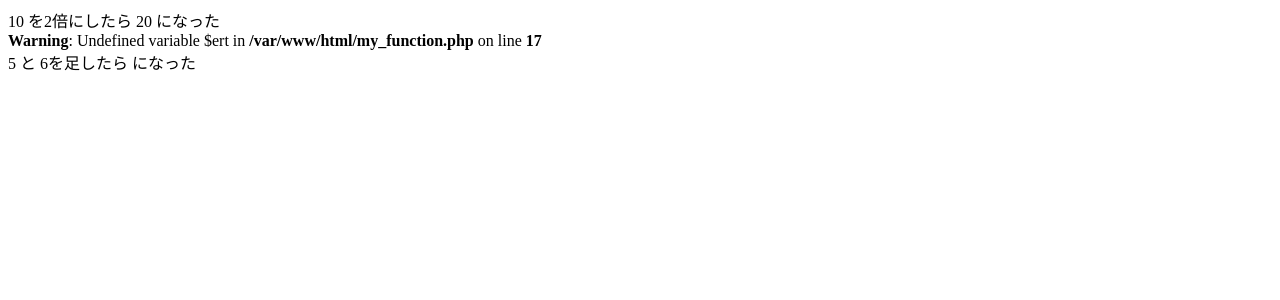
Repository: NishidaShiko/kadai
Page: http://localhost/my_function.php
The author's editor kept a record of every edit. The page is drawn from the files as they stood at one moment, then again after the next edit.
The browser window is 1280 px wide. The pictures show the whole page.
The page is run by PHP 8.4 with error messages shown; the project is at /var/www/html/.

Above is the page before.

### my_function.php
<?php

function numToDouble($i)
{
    $ret = $i * 2;

    return $ret;
}

$num = numToDouble(10);
echo "10 を2倍にしたら {$num} になった \n";

function numAdd($a, $b)
{
    $ret = $a + $b;

    return $ert;
}

$add = numadd(5, 6);
echo "5 と 6を足したら {$add} になった \n";

After the next edit:
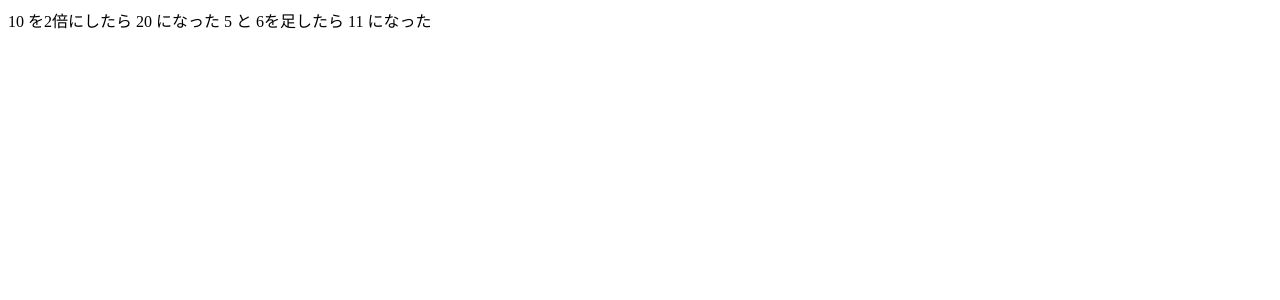
The edit:
--- a/my_function.php
+++ b/my_function.php
@@ -14,7 +14,7 @@
 {
     $ret = $a + $b;
 
-    return $ert;
+    return $ret;
 }
 
 $add = numadd(5, 6);
